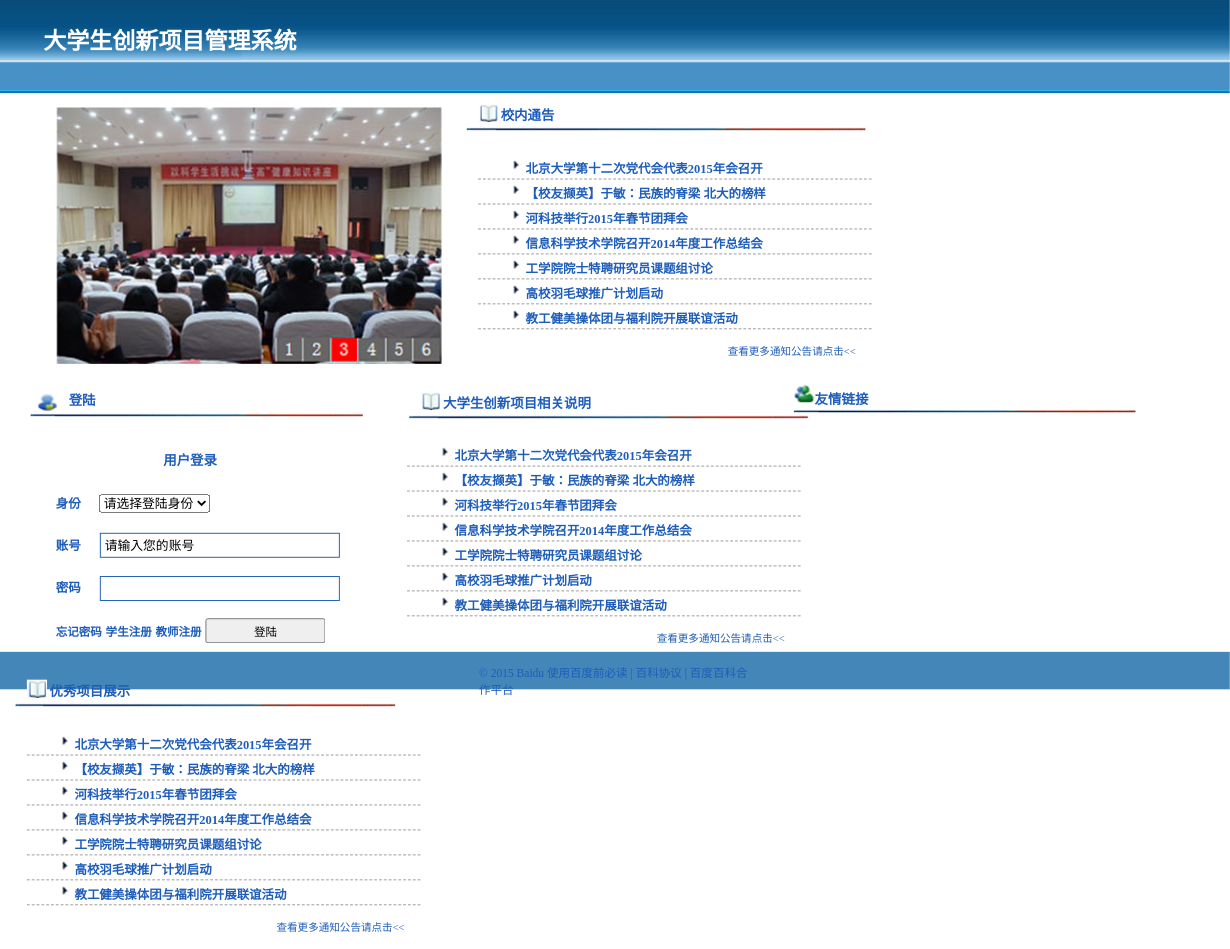
Repository: msmwlxy/ProjectManagement
Page: http://localhost/ProjectManagement/
The author's editor kept a copy of each file at every save. The page is drawn from the files as they stood at one save, then again after the next save.
The browser window is 1280 px wide. The page is 1281 px wide, so the pictures cover 1281 px, including what lies to the right of the window. The pictures show the whole page, at 96% of full size.
The page is served by Tomcat 9. Nobody is signed in. The application's start-up code is not run. Other server files are loaded and not shown.

Above is the page before, as saved 2015-02-28 15:04:43.

### ProjectManagement/WebRoot/index.jsp
<%@ page language="java" import="java.util.*" pageEncoding="utf-8"%>
<%
	String path = request.getContextPath();
	String basePath = request.getScheme() + "://"
			+ request.getServerName() + ":" + request.getServerPort()
			+ path + "/";
%>

<!DOCTYPE HTML PUBLIC "-//W3C//DTD HTML 4.01 Transitional//EN">
<html>
<head>
<base href="<%=basePath%>">

<title>My JSP 'index.jsp' starting page</title>
<meta http-equiv="pragma" content="no-cache">
<meta http-equiv="cache-control" content="no-cache">
<meta http-equiv="expires" content="0">
<meta http-equiv="keywords" content="keyword1,keyword2,keyword3">
<meta http-equiv="description" content="This is my page">

<meta http-equiv="Content-Type" content="text/html; charset=utf-8" />
<!--
	<link rel="stylesheet" type="text/css" href="styles.css">
	-->
<link href="css/Home page11.css" type="text/css" rel="stylesheet" />
</head>

<body>
	<!-- This is my JSP page. <br>
    <a href="log_loginUI">登陆界面</a>
    <a href="log_signInUI?identity=5">学生注册界面</a>
     <a href="log_signInUI?identity=4">指导老师注册界面</a> -->


	<header>
	<div class="header">大学生创新项目管理系统</div>
	</header>
	<main>
	<div class="main" style="margin:0 auto;">
		<div class="left1">
			<img src="images/22.png" style="margin:24px 30px;">
		</div>
		<div class="middle1">
			<img src="images/shu.png">
			<div class="xiao">&nbsp;校内通告</div>
			<div class="xian">
				<img src="images/xian.png" width="420">
			</div>
			<div class="xuxian">
				<img src="images/sanjiao.png">&nbsp;&nbsp;<a href="#">北京大学第十二次党代会代表2015年会召开</a>
			</div>
			<div class="xuxian">
				<img src="images/sanjiao.png">&nbsp;&nbsp;<a href="#">【校友撷英】于敏：民族的脊梁&nbsp;北大的榜样</a>
			</div>
			<div class="xuxian">
				<img src="images/sanjiao.png">&nbsp;&nbsp;<a href="#">河科技举行2015年春节团拜会</a>
			</div>
			<div class="xuxian">
				<img src="images/sanjiao.png">&nbsp;&nbsp;<a href="#">信息科学技术学院召开2014年度工作总结会</a>
			</div>
			<div class="xuxian">
				<img src="images/sanjiao.png">&nbsp;&nbsp;<a href="#">工学院院士特聘研究员课题组讨论</a>
			</div>
			<div class="xuxian">
				<img src="images/sanjiao.png">&nbsp;&nbsp;<a href="#">高校羽毛球推广计划启动</a>
			</div>
			<div class="xuxian">
				<img src="images/sanjiao.png">&nbsp;&nbsp;<a href="#">教工健美操体团与福利院开展联谊活动</a>
			</div>
			<span class="pl_dianji"><a href="#" style="color:#1E5DBA;">查看更多通知公告请点击<<
			</a> </span>
		</div>
		<div class="right1">
			&nbsp;&nbsp;<img src="images/yi.png">
			<div class="ri1_deng">&nbsp;登陆</div>
			<div class="ri1_rr">
				<img src="images/xian.png" width="350">
				<p>用户登录</p>
			</div>
			<div class="ri1_sanjiao">
				<div class="ri1_login_text">
					<form method="post" action="log_login" onsubmit="check();">
						<div class="ri1_login_down">
							<font style="margin-left:30px;margin-right:15px;">身份</font> <select
								name="identity">
								<option value="0" selected="selected">请选择登陆身份</option>
								<option value="1">管理员</option>
								<option value="2">教务处审核人</option>
								<option value="3">院系审核人</option>
								<option value="4">指导老师</option>
								<option value="5">学生</option>
							</select>
							<div class="zhanghao">
								<font>账号</font><input name="accountNum" value="请输入您的账号"
									style="border:solid #1E5DBA 1px;" type="text" /><br> <font>密码</font><input
									name="password" style="border:solid #1E5DBA 1px;"
									type="password" />
							</div>
						</div>
						<div class="zhuce">
							<a href="">忘记密码</a> <a href="log_signInUI?identity=5">学生注册</a> <a
								href="log_signInUI?identity=4">教师注册</a> <input type="submit"
								style="width:125px;margin-left:0px;padding:2px;font-family:微软雅黑;font-size:12px"
								value="登陆" />
						</div>
					</form>
				</div>
			</div>
		</div>
		<div class="left2">
			<img src="images/shu.png">
			<div class="le2_da">&nbsp;大学生创新项目相关说明</div>
			<div class="xian">
				<img src="images/xian.png" width="420">
				<div id="le2_shuoming">
					<div class="xuxian">
						<img src="images/sanjiao.png">&nbsp;&nbsp;<a href="#">北京大学第十二次党代会代表2015年会召开</a>
					</div>
					<div class="xuxian">
						<img src="images/sanjiao.png">&nbsp;&nbsp;<a href="#">【校友撷英】于敏：民族的脊梁&nbsp;北大的榜样</a>
					</div>
					<div class="xuxian">
						<img src="images/sanjiao.png">&nbsp;&nbsp;<a href="#">河科技举行2015年春节团拜会</a>
					</div>
					<div class="xuxian">
						<img src="images/sanjiao.png">&nbsp;&nbsp;<a href="#">信息科学技术学院召开2014年度工作总结会</a>
					</div>
					<div class="xuxian">
						<img src="images/sanjiao.png">&nbsp;&nbsp;<a href="#">工学院院士特聘研究员课题组讨论</a>
					</div>
					<div class="xuxian">
						<img src="images/sanjiao.png">&nbsp;&nbsp;<a href="#">高校羽毛球推广计划启动</a>
					</div>
					<div class="xuxian">
						<img src="images/sanjiao.png">&nbsp;&nbsp;<a href="#">教工健美操体团与福利院开展联谊活动</a>
					</div>
					<span class="pl_dianji"><a href="#" style="color:#1E5DBA;">查看更多通知公告请点击<<
					</a> </span>
				</div>
			</div>
		</div>
		<div class="middle2">
			<img src="images/shu.png">
			<div class="you">&nbsp;优秀项目展示</div>
			<div class="xian">
				<img src="images/xian.png" width="400">
			</div>
			<div class="xuxian">
				<img src="images/sanjiao.png">&nbsp;&nbsp;<a href="#">北京大学第十二次党代会代表2015年会召开</a>
			</div>
			<div class="xuxian">
				<img src="images/sanjiao.png">&nbsp;&nbsp;<a href="#">【校友撷英】于敏：民族的脊梁&nbsp;北大的榜样</a>
			</div>
			<div class="xuxian">
				<img src="images/sanjiao.png">&nbsp;&nbsp;<a href="#">河科技举行2015年春节团拜会</a>
			</div>
			<div class="xuxian">
				<img src="images/sanjiao.png">&nbsp;&nbsp;<a href="#">信息科学技术学院召开2014年度工作总结会</a>
			</div>
			<div class="xuxian">
				<img src="images/sanjiao.png">&nbsp;&nbsp;<a href="#">工学院院士特聘研究员课题组讨论</a>
			</div>
			<div class="xuxian">
				<img src="images/sanjiao.png">&nbsp;&nbsp;<a href="#">高校羽毛球推广计划启动</a>
			</div>
			<div class="xuxian">
				<img src="images/sanjiao.png">&nbsp;&nbsp;<a href="#">教工健美操体团与福利院开展联谊活动</a>
			</div>
			<span class="pl_dianji"><a href="#" style="color:#1E5DBA;">查看更多通知公告请点击<<
			</a> </span>
		</div>
		<div class="right2">
			&nbsp;&nbsp;
			<div class="ri2_yq_tu">
				<img src="images/er.png">
			</div>
			<div class="ri2_lian">&nbsp;友情链接</div>
			<div class="ri2_i">
				<img src="images/xian.png" width="360">
			</div>
		</div>
	</div>
	</main>
	<bottom>
	<div class="bottom">
		<a href="#">© 2015 Baidu 使用百度前必读 | 百科协议 | 百度百科合作平台</a>
	</div>
	</bottom>






</body>
</html>

### ProjectManagement/WebRoot/css/Home page11.css
@charset "utf-8";
/* CSS Document */
main{
	margin:0 auto;
}
.header{
	background:url(../images/toulan.png);
	background-repeat:repeat-x;
	margin:-9px -9px;
	width:auto;
	height:50px;
	font-weight:bolder;
	font-size:24px;
	padding:24px 46px;
	color:#FFF;
	/*border:1px #0C0 solid;*/
	}
.main{
	margin:10px -9px;
	padding-bottom::10px 100px;
	/*border:solid;*/
	width:auto;
	height:600px;
	/*border:1px #0C0 solid;*/
	}
.left1{
	height:300px;
	width:450px;
	padding-left:20px;
	float:left;
	}
.middle1{
	padding:20px 20px;
	height:260px;
	width:400px;
	float:left;
	}
.xiao{
	margin:-18px 20px;
	font-size:14px;
	color:#1E5DBA;
	font-weight:bolder;
	}
.xian{
	margin:22px -14px;
	height:6px;
	width:300px;
	}
.right1{
	height:300px;
	width:380px;
	float:left;
	}
.right1 img{
	margin:20px 22px;
	font-size:14px;
	}
.ri1_deng{
	width:100px;
	height:19;
	margin:-51px 60px;
	margin-top:-49px;
	font-size:14px;
	color:#1E5DBA;
	font-weight:bolder;
	}
.ri1_rr img{
	width:350px;
	height:3px;
	margin-top:57px;
	}
.ri1_rr p{
	text-align:center;
	color:#1E5DBA;
	font-size:14px;
	font-weight:bolder;
	}
.ri1_sanjiao{
	width:360;
	height:164;
	font-size:16px;
	font-weight:bolder;
	color:#1950B6;
	margin-left:20px;
	}
.ri1_sanjiao font{
	font-weight:bolder;
	color:#1E5DBA;
	font-size:13px;
	margin-top:10px;
	}
.ri1_sanjiao input{
	width:250px;
	font-family:"微软雅黑";
	padding:4px;
	margin-left:20px;
	}
.ri1_sanjiao img{
	margin-left:30px;
	}
.ri1_sanjiao span{
	margin-left:100px;
	}
#ri1_login{
	margin-top:-30px;
	}

.ri1_login_text{
	line-height:44px;
	}
/*.ri1_login_down{
	margin-left:16px;
	margin-top:12px;
	}
*/
.zhanghao{
	margin-left:30px;
	/*border:1px #0C0 solid;*/
	}
.zhuce1{
	margin:20px 90px;
	/*border:1px #0C0 solid;*/
	}
.zhuce a{
		font-size:12px;
}
.zhuce{
	padding-left:30px;
}
.left2{
	padding:20px 20px;
	height:260px;
	width:410px;
	margin-left:30px;
	float:left;
	}
.le2_da{
	margin:-18px 20px;
	font-size:14px;
	color:#1E5DBA;
	font-weight:bolder;
}
#le2_shuoming{
	margin-top:24px;
	width:600px;
	height:69;
}
.middle2{
	padding:20px 20px;
	height:260px;
	width:400px;
	float:left;
	}
.ri2_lian{
	margin-top:-16px;
	margin-left:20px;
	font-size: 14px;
	color: #1E5DBA;
	font-weight: bolder;
	}
.ri2_i{
	margin-top:2px;
	}
.ri2_you{
	margin:-24px 40px;
	font-size:14px;
	color:#1E5DBA;
	font-weight:bolder;
	}


.left1{
	height:300px;
	width:450px;
	float:left;
	}
.middle1{
	padding:20px 20px;
	height:260px;
	width:400px;
	float:left;
	}
.xiao{
	margin:-18px 20px;
	font-size:14px;
	color:#1E5DBA;
	font-weight:bolder;
	}
.xian{
	margin:22px -14px;
	height:6px;
	width:300px;
}
.xuxian{
	color:#1E5DBA;
	height:25px;
	width:410px;
	line-height:30px;
	border-bottom:dashed #999999 1px;
	font-size:13px;
	font-weight:bolder;
}
.xuxian img{
	margin-left:35px;
	line-height:8px;
}
.pl_dianji{
	font-family:"微软雅黑";
	font-size:11px;
	color:#1E5DBA;
	margin-left:260px;
	line-height:46px;
}
.right1{
	height:300px;
	width:380px;
	float:left;
	/*border:1px #0C0 solid;*/
}
.left2{
	padding:20px 20px;
	height:260px;
	width:410px;
	float:left;
}

.middle2{
	padding:20px 20px;
	height:260px;
	width:400px;
	float:left;
}
.right2{
	height:300px;
	width:380px;
	float:right;
	margin:-307px 67px;
}
.bottom{
	background:url(../images/weilan.png);
	width:auto;
	height:20px;
	margin-bottom:100px;
	background-repeat:repeat-x;
	margin:-9px -9px;
	font-size:12px;
	padding:12px 500px;
}
a:link,a:visited{
	color:#1E5DBA;
	text-decoration:none;
}
a:hover{
	text-decoration:none;
	color:red;
}
.xiantiao{
	height:3px;
	width:840px;
}
.sanjiao{
	font-size:14px;
	font-weight:bolder;
	color:#1950B6;
	margin-top:40px;
	weight:840px;
}
.you{
	margin:-18px 20px;
	font-size:14px;
	color:#1E5DBA;
	font-weight:bolder;
}

After the next save:
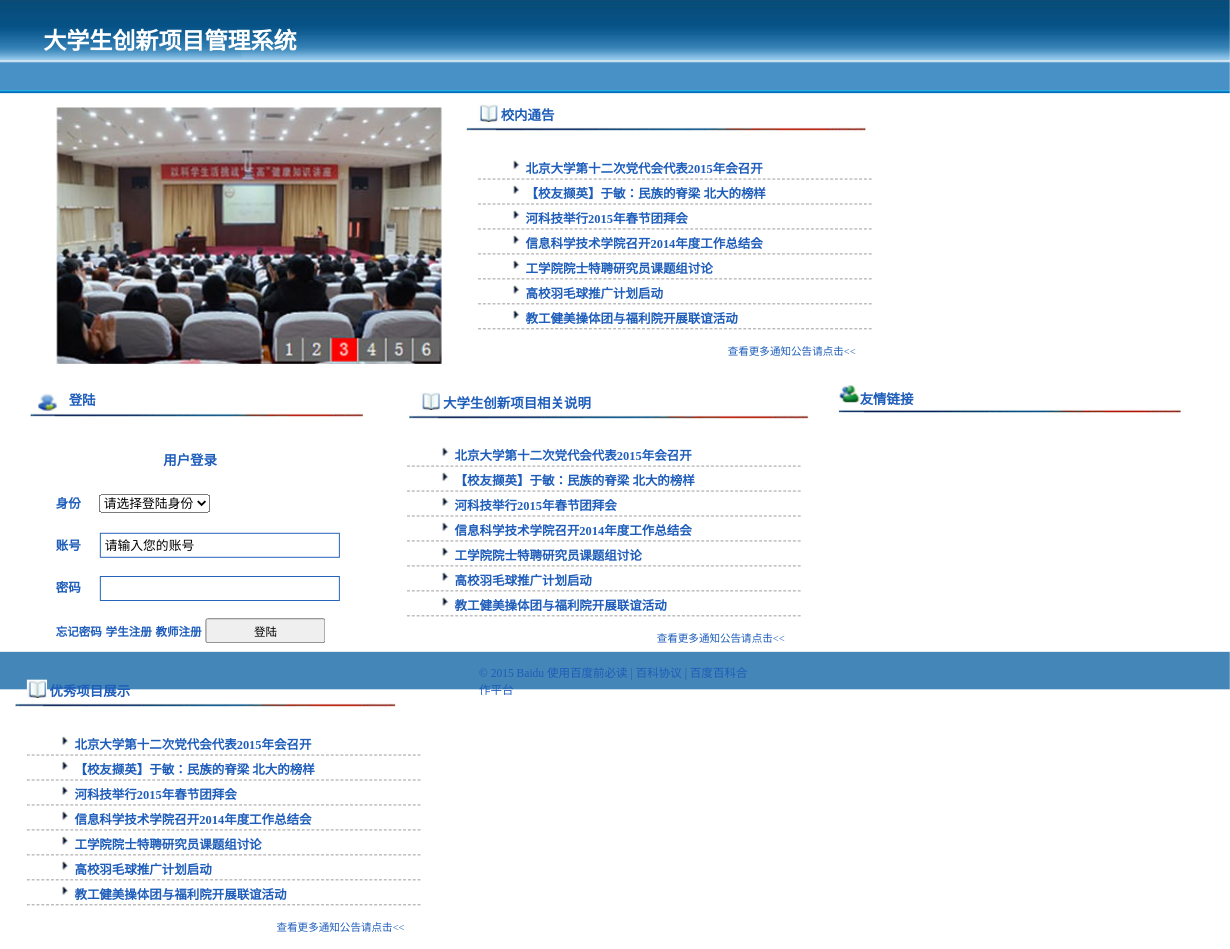
Saved 11 s later.
--- a/ProjectManagement/WebRoot/css/Home page11.css
+++ b/ProjectManagement/WebRoot/css/Home page11.css
@@ -234,7 +234,7 @@ main{
 	height:300px;
 	width:380px;
 	float:right;
-	margin:-307px 67px;
+	margin:-307px 20px;
 }
 .bottom{
 	background:url(../images/weilan.png);
